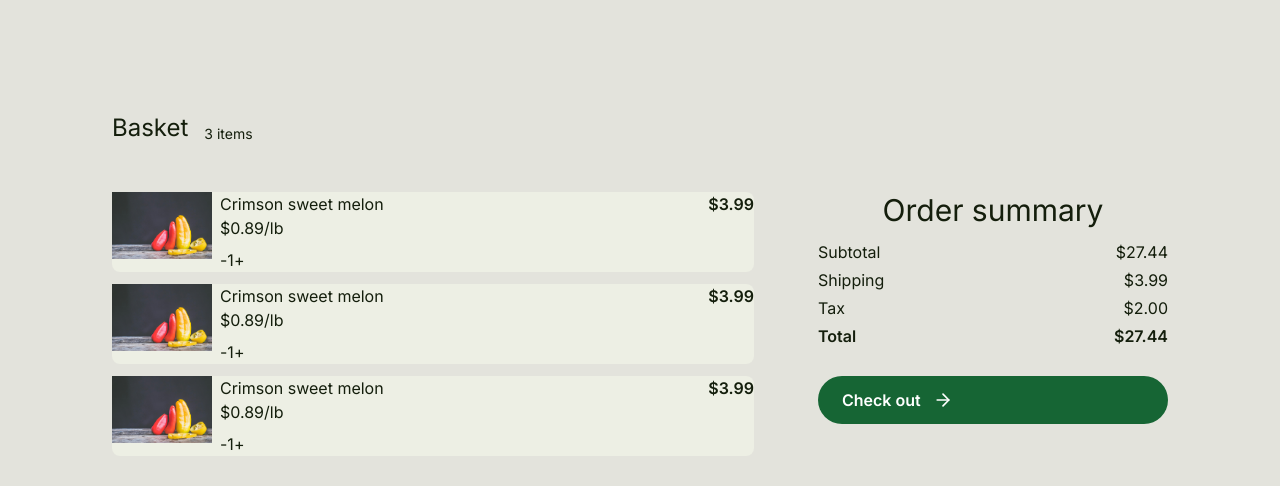
Repository: wswiselife/CSS
Page: / (app in figma-20240618/)
An editor plug-in stored every save of this project. The page is shown before and after the next save, followed by the edit.
The browser window is 1280 px wide. The pictures show the part of the page from y = 1280 to 1766 px (the page is 1766 px tall).
Some web fonts or font styles are not loaded; a fallback is used. The project was rebuilt for these pictures with package versions that can differ from the ones it lists, and the page was loaded fresh each time. The framework's server and built-in components were replaced by stand-ins that run in the browser. Also part of the build but not shown: figma-20240618/next.config.mjs, figma-20240618/app/components/navbar/UserItem.tsx.

Above is the page before, as saved 2024-06-19 07:40:07.

### figma-20240618/app/layout.tsx
import type { Metadata } from "next";
import { Inter } from "next/font/google";
import "./globals.css";

import Layout from "./components/Layout";

const inter = Inter({ subsets: ["latin"] });

export const metadata: Metadata = {
  title: "Figma hero clone",
  description: "Figma hero clone",
};

export default function RootLayout({
  children,
}: Readonly<{
  children: React.ReactNode;
}>) {
  return (
    <html lang="en">
      <body className={inter.className}>
        <Layout>
          {children}
        </Layout>
      </body>
    </html>
  );
}

### figma-20240618/app/page.tsx

import Basket from "./components/Basket";
import Hero from "./components/Hero";
import Navbar from "./components/navbar/Navbar";

export default function Home() {
  return (
   <>
     <Navbar />
     <div className="mt-20">
        <Hero />
     </div>
     <Basket />
   </>
  );
}

### figma-20240618/app/globals.css
@import url("https://fonts.googleapis.com/css2?family=Playwrite+US+Trad:wght@100..400&display=swap");

@tailwind base;
@tailwind components;
@tailwind utilities;

:root {
    --primary-color: #476730;

    --font-color: #141e0c;
    --bg-color: #e3e3dc;
}

html {
    color: var(--font-color);
    background-color: var(--bg-color);
}

@layer components {
    .hero-p {
        @apply font-serif text-3xl md:text-5xl lg:text-6xl;
    }

    .hero-span {
        @apply font-sans;
    }
}

### figma-20240618/app/components/Layout.tsx
interface LayoutProps {
    children: React.ReactNode
}

const Layout:React.FC<LayoutProps> = ({children})=>{
    return (
        <div className="h-screen w-screen ">
            <div className="h-full w-full">
                {children}
            </div>
        </div>
    )
}

export default Layout

### figma-20240618/app/components/Basket.tsx
'use client'
import { FiArrowRight } from "react-icons/fi";

import BasketItem from "./BasketItem"
import Button from "./Button"
import Header from "./Header"

const Basket = ()=>{

    const operateContent = (
        <div className="flex justify-center items-center gap-4">
            <Button label="Default" onClick={()=>{}} ></Button>
            <Button label="A-Z" onClick={()=>{}} ></Button>
            <Button label="List view" onClick={()=>{}} ></Button>
        </div>
    )

    return(
        <div className="
            flex
            flex-col
            p-8
            md:px-16
            lg:px-28
        ">
            <Header title="Basket" desc="3 items"  />

            <div className="
                flex
                justify-center
                items-start
                flex-wrap
                mt-12
                gap-8
                md:gap-16
                lg:gap-16
            ">
                {/* basket */}
                <div className="
                    flex
                    flex-1
                    flex-col
                    gap-3

                    items-center
                    min-w-[400px]
                ">
                    <BasketItem title="Crimson sweet melon" price="0.89" unit='lb' />
                    <BasketItem title="Crimson sweet melon" price="0.89" unit='lb' />
                    <BasketItem title="Crimson sweet melon" price="0.89" unit='lb' />
                </div>

                {/* order summary */}
                <div className="w-full md:w-[350px]">
                    {/* title */}
                    <div className="text-3xl text-center">
                        Order summary
                    </div>

                    <div className="
                        flex
                        flex-col
                        gap-1
                        py-3
                    ">
                        <div className="flex justify-between items-center">
                            <p>Subtotal</p>
                            <p>${27.44}</p>
                        </div>
                        <div className="flex justify-between items-center">
                            <p>Shipping</p>
                            <p>${3.99}</p>
                        </div>
                        <div className="flex justify-between items-center">
                            <p>Tax</p>
                            <p>$2.00</p>
                        </div>
                        <div className="flex justify-between items-center font-semibold">
                            <p>Total</p>
                            <p>${27.44}</p>
                        </div>
                    </div>

                    {/* button */}
                    <div className="w-full mt-4">
                        <Button label="Check out" onClick={()=>{}} fullWidth icon={FiArrowRight} />
                    </div>

                </div>
            </div>
        </div>
    )
}

export default Basket

### figma-20240618/app/components/Hero.tsx
'use client'

import Button from "./Button"

const Hero = ()=>{

    return(
        <div className="">

            {/* first path */}
            <div className="flex flex-col justify-center items-center">
                {/* title */}
                <div className="
                    flex
                    flex-col
                    items-center
                    gap-2
                    md:gap-4
                    lg:gap-8
                    py-12
                    md:py-20
                    lg:py-[121px]
                ">
                    <p className="hero-p">We're <span className="hero-span font-playwrite">farmers,purveyors,</span></p>
                    <p className="hero-p"> and <span className="hero-span font-playwrite">eaters </span>of originically</p>
                    <p className="hero-p">grown food.</p>
                </div>

                <Button label="Browse our shop" onClick={()=>{}} />
            </div>

            {/* image path */}
            <div className="flex flex-row flex-wrap justify-center items-center gap-16 py-20 ">

                <img
                    src="/images/photo4.jpg"
                    alt="photo"
                    className="
                        w-[420px]
                        h-[450px]
                        md:w-[300px]
                        md:h-[380px]
                        lg:w-[400px]
                        lg:h-[580px]
                        rounded-lg
                        object-cover
                "/>

                <div className="
                    relative
                    w-[420px]
                    h-[450px]
                    md:w-[380px]
                    md:h-[300px]
                    lg:w-[520px]
                    lg:h-[400px]
                ">
                    <img
                        src="/images/photo5.jpg"
                        alt="photo"
                        className="
                            rounded-lg
                            object-cover
                        "
                    />
                    <div className="text-sm py-4 md:text-base">

                        <p className="lg:max-w-520px md:max-w-380px max-w-420px">
                            <span className="font-semibold">Central California </span>
                            — The person who grew these was located in Central California and, er, hopefully very well-compensated.
                        </p>
                    </div>
                </div>
            </div>
        </div>
    )
}

export default Hero

### figma-20240618/app/components/navbar/Navbar.tsx
import Logo from './Logo'
import Usermenu from './Usermenu'

const Navbar = ()=>{
    return (
        <div className='z-50 fixed top-0 w-full bg-[var(--bg-color)]'>
            <div className="
                flex
                justify-between
                items-center
                px-8
                py-4
                md:px-12
                md:py-8
                lg:px-[111px]
                lg:py-[32px]

            ">
                <Logo />
                <Usermenu />
            </div>
        </div>
    )
}

export default Navbar

### figma-20240618/app/components/BasketItem.tsx
import Image from "next/image";
import { useState } from "react";

interface BasketItemProps {
    title:string;
    price?:string;
    cover?:string;
    unit?:string;
}

const BasketItem:React.FC<BasketItemProps> = ({
    title,
    price,
    cover,
    unit
})=>{

    const [count,setCount] = useState(1)

    return(
        <div className="
            flex
            flex-row
            gap-2
            w-full
            bg-[#edefe4]
            rounded-lg
        ">
            <div>
                <Image
                    width={100}
                    height={90}
                    alt="photo"
                    src={'/image/photo1.jpg'}
                />
            </div>
            <div className="flex flex-1 flex-col gap-2">

                {/* desc */}
                <div className="flex flex-row justify-between items-start">
                    <div className="flex-1">
                        <p>{title}</p>
                        <p>${price}/{unit}</p>
                    </div>
                    <div className="font-semibold">${3.99}</div>
                </div>

                {/* count */}
                <div className="flex">
                    <span>-</span>
                    <span>{count}</span>
                    <span>+</span>
                </div>

            </div>
        </div>
    )
}

export default BasketItem

### figma-20240618/app/components/Button.tsx
'use client'

import { IconType } from "react-icons";

interface ButtonProps {
    label: string;
    onClick:()=>void
    secondry?:boolean
    disabled?:boolean
    icon?:IconType
    fullWidth?:boolean
}

const Button:React.FC<ButtonProps> = ({
    label,
    onClick,
    secondry,
    disabled,
    icon:Icon,
    fullWidth
})=>{
    return (
        <button
            onClick={onClick}
            disabled={disabled}
            className={`
                flex
                flex-row
                items-center
                gap-3
                px-6
                py-3
                font-semibold
                disabled:opacity-70
                disabled:cursor-not-allowed
                hover:opacity-80
                ${secondry?'rounded':'rounded-full'}
                ${secondry?'bg-white':'bg-green-800'}
                ${secondry?'text-black':'text-white '}
                ${fullWidth?'w-full':'w-auto'}
                ${fullWidth?'text-center':''}

        `}>
            {label}
            {
                Icon && (<Icon size={20} ></Icon>)
            }
        </button>
    )
}

export default Button

### figma-20240618/app/components/Header.tsx
'use client'
import { ReactNode } from "react";

interface HeaderProps {
    title:string;
    desc?:string;
    operate?:ReactNode
}

const Header:React.FC<HeaderProps> = ({
    title,
    desc,
    operate
})=>{
    return(
        <div className="
            w-full
            flex
            flex-row
            justify-between
            items-center

        ">
            {/* header */}
            <div className="
                flex
                items-end
                gap-4

            ">
                <div className="text-2xl flex justify-end items-end">{title}</div>
                <div className="text-sm">{desc}</div>
            </div>

            {/* operate */}
            <div >
                {operate}
            </div>
        </div>
    )
}

export default Header

### figma-20240618/app/components/navbar/Logo.tsx

const Logo = ()=>{
    return(
        <div className="text-xl lg:text-3xl font-bold cursor-pointer">World Peas</div>
    )
}

export default Logo

### figma-20240618/app/components/navbar/Usermenu.tsx
'use client'

import { FiShoppingBag } from "react-icons/fi";
import { IoAppsOutline } from "react-icons/io5";

import useUserMenuModal from "../../hooks/useUserMenu";
import UserItem from "./UserItem";
import Button from "../Button";

const Usermenu = ()=>{

    const userMenuModal = useUserMenuModal()

    const onToggle = ()=>{
        userMenuModal.isOpen?userMenuModal.onClose():userMenuModal.onOpen()
    }

    return(
        <div className="
            flex
            items-center
            gap-4
            md:gap-4
        ">

            {/* desktop */}
            <div className="
                md:flex
                flex-row
                justify-between
                items-center
                md:gap-3
                hidden

            ">
                <div className="p-4 font-semibold text-xl">Shop</div>
                <div className="p-4 font-semibold text-xl">Newstand</div>
                <div className="p-4 font-semibold text-xl">Who we are</div>
            </div>

            {/* basket */}
            <Button label="Basket" onClick={()=>{}} icon={FiShoppingBag} />

            {/* mobile */}
            <div
                onClick={onToggle}
                className="
                    flex
                    justify-center
                    items-center
                    relative
                    p-4
                    cursor-pointer
                    transition
                    md:hidden
            ">
                <IoAppsOutline size={22} />

                {/* menu */}
                {
                    userMenuModal.isOpen && (
                        <div className="
                            absolute
                            top-16
                            right-0
                            w-80
                            bg-white
                            rounded-md
                            transition
                        ">
                            <UserItem onClick={() =>{}} label="shop"/>
                            <UserItem onClick={() =>{}} label="newstand"/>
                            <UserItem onClick={() =>{}} label="who we are"/>
                        </div>
                    )
                }

            </div>


        </div>
    )
}

export default Usermenu

### figma-20240618/app/hooks/useUserMenu.ts
import { create } from "zustand";

interface UserMenuStore {
    isOpen: boolean;
    onOpen: () => void;
    onClose: () => void;
}

const useUserMenuModal = create<UserMenuStore>(set => ({
    isOpen: false,
    onOpen: () => set({ isOpen: true }),
    onClose: () => set({ isOpen: false }),
}));

export default useUserMenuModal;

### figma-20240618/tailwind.config.ts
import type { Config } from "tailwindcss";

const config: Config = {
    content: [
        "./pages/**/*.{js,ts,jsx,tsx,mdx}",
        "./components/**/*.{js,ts,jsx,tsx,mdx}",
        "./app/**/*.{js,ts,jsx,tsx,mdx}",
    ],
    theme: {
        extend: {
            backgroundImage: {
                "gradient-radial": "radial-gradient(var(--tw-gradient-stops))",
                "gradient-conic":
                    "conic-gradient(from 180deg at 50% 50%, var(--tw-gradient-stops))",
            },
            fontFamily: {
                playwrite: ['"Playwrite US Trad"', "cursive"],
            },
        },
    },
    plugins: [],
};
export default config;

After the next save:
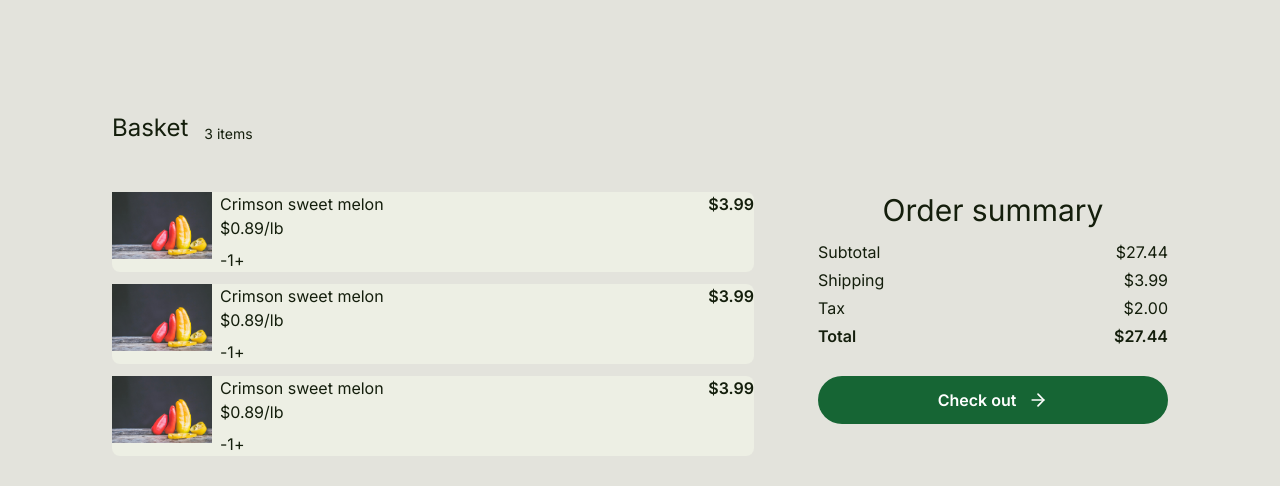
Saved 59 s later.
--- a/figma-20240618/app/components/Button.tsx
+++ b/figma-20240618/app/components/Button.tsx
@@ -26,6 +26,7 @@ const Button:React.FC<ButtonProps> = ({
             className={`
                 flex
                 flex-row
+                justify-center
                 items-center
                 gap-3
                 px-6
